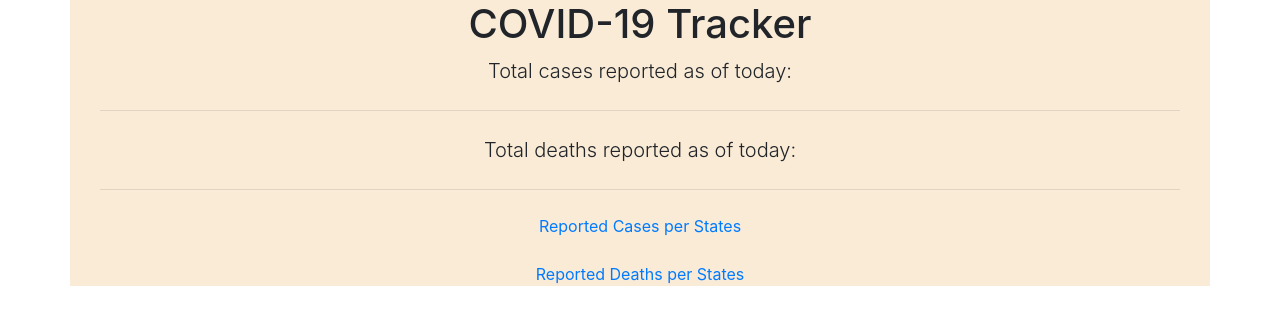
Repository: kimjuneyoung5/Bootcamp-Java
Page: http://localhost/CovidTrackingApp/WEB-INF/index.jsp
An editor plug-in stored every save of this project. The page is shown before and after the next save, followed by the edit.
The browser window is 1280 px wide. The pictures show the whole page.
The page is served by Tomcat 9. Nobody is signed in. Other server files are loaded and not shown. The template is opened directly, without the code that normally fills it, so the values that code supplies are empty.

Above is the page before, as saved 2021-10-02 01:52:09.

### oop/CovidTrackingApp/src/main/webapp/WEB-INF/index.jsp
<%@ page language="java" contentType="text/html; charset=UTF-8"
    pageEncoding="UTF-8"%>
<%@ taglib prefix="c" uri="http://java.sun.com/jsp/jstl/core" %>
<%@ taglib prefix="fmt" uri="http://java.sun.com/jsp/jstl/fmt" %>
<%@ taglib prefix="form" uri="http://www.springframework.org/tags/form"%>
<%@ page isErrorPage="true" %>
<!DOCTYPE html>

<html xmlns:th="http://www.thymeleaf.org">

<head>
    <title>COVID-19 Tracker</title>
    <meta http-equiv="Content-Type" content="text/html; charset=UTF-8" />
    <link rel="stylesheet" href="https://stackpath.bootstrapcdn.com/bootstrap/4.4.1/css/bootstrap.min.css" integrity="sha384-Vkoo8x4CGsO3+Hhxv8T/Q5PaXtkKtu6ug5TOeNV6gBiFeWPGFN9MuhOf23Q9Ifjh" crossorigin="anonymous">
    <style>
    	.container{
    		text-align:center;
    		background-color: antiquewhite;
    	}
    </style>
</head>

<body>
<div class="container">
<h1>COVID-19 Tracker</h1>

	<div class="container">
    	<p class="lead">Total cases reported as of today:</p>
    	<h1 class="display-4"><c:out value="${totalReportedCases}"/></h1>
    	<hr class="my-4">
    	<p class="lead">Total deaths reported as of today:</p>
    	<h1 class="display-4"><c:out value="${totalReportedDeaths}"/></h1>
    	<hr class="my-4">
    	<a href="/cases">Reported Cases per States</a>
    	<br></br>
    	<a href="/deaths">Reported Deaths per States</a>
	</div>

</div>

After the next save:
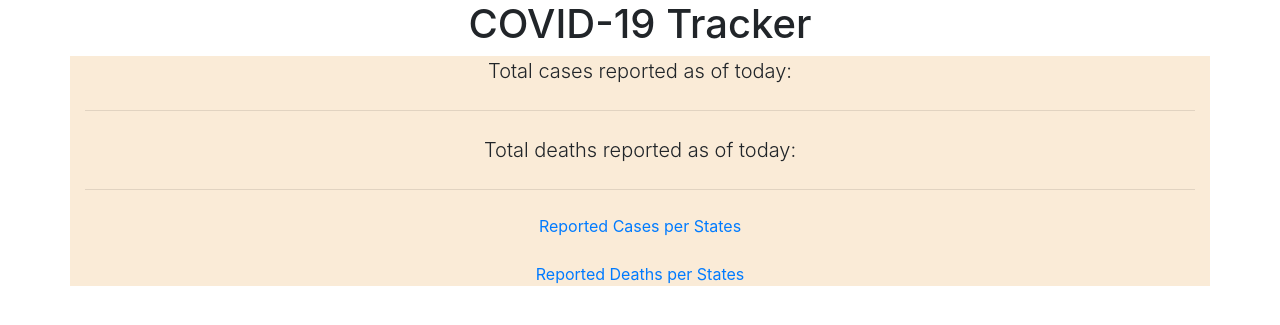
Saved 31 s later.
--- a/oop/CovidTrackingApp/src/main/webapp/WEB-INF/index.jsp
+++ b/oop/CovidTrackingApp/src/main/webapp/WEB-INF/index.jsp
@@ -13,6 +13,9 @@
     <meta http-equiv="Content-Type" content="text/html; charset=UTF-8" />
     <link rel="stylesheet" href="https://stackpath.bootstrapcdn.com/bootstrap/4.4.1/css/bootstrap.min.css" integrity="sha384-Vkoo8x4CGsO3+Hhxv8T/Q5PaXtkKtu6ug5TOeNV6gBiFeWPGFN9MuhOf23Q9Ifjh" crossorigin="anonymous">
     <style>
+    	.container1{
+    		text-align: center;
+    	}
     	.container{
     		text-align:center;
     		background-color: antiquewhite;
@@ -21,7 +24,7 @@
 </head>
 
 <body>
-<div class="container">
+<div class="container1">
 <h1>COVID-19 Tracker</h1>
 
 	<div class="container">
